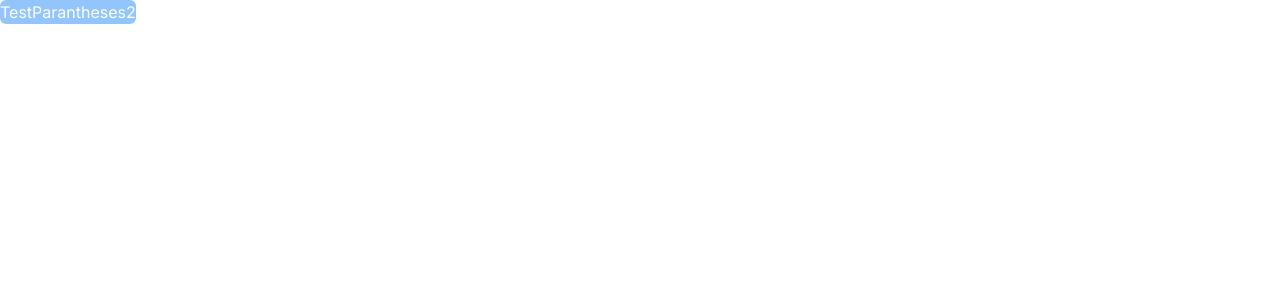
Repository: FrontendProjectsNL/next-auth-credentials-exercise
Page: /parantheses2
An editor plug-in stored every save of this project. The page is shown before and after the next save, followed by the edit.
The browser window is 1280 px wide. The pictures show the whole page.
The project was rebuilt for these pictures with package versions that can differ from the ones it lists, and the page was loaded fresh each time. The framework's server and built-in components were replaced by stand-ins that run in the browser. Also part of the build but not shown: next.config.mjs.

Above is the page before, as saved 2024-07-13 13:41:58.

### app/(test)/parantheses2/page.tsx
'use client';

import { useEffect, useState } from 'react';

const TestParantheses = () => {
  const [val, setVal] = useState(false);

  useEffect(() => {
    if (val) throw new Error('val cannot be true!');
  }, [val]);

  return (
    <button
      onClick={() => setVal((prev) => !prev)}
      className=" bg-blue-300 text-white rounded-md"
    >
      TestParantheses2
    </button>
  );
};

export default TestParantheses;

Loaded but not shown: app/layout.tsx (common file); app/globals.css (common file); tailwind.config.ts (common file)

After the next save:
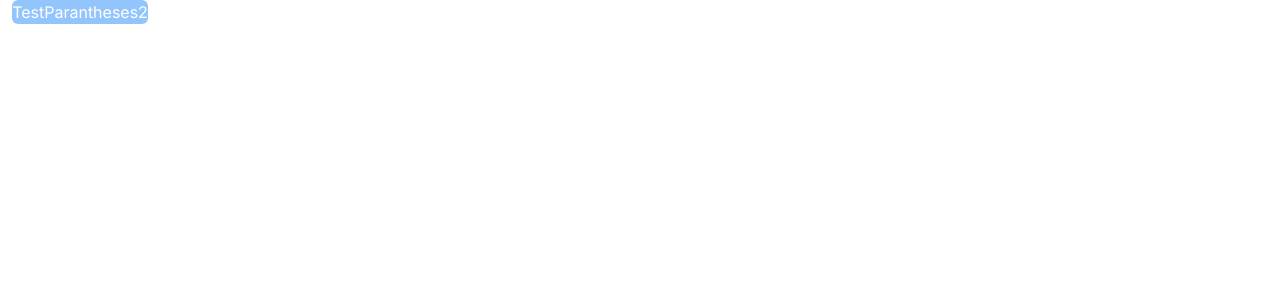
Saved 36 s later.
--- a/app/(test)/parantheses2/page.tsx
+++ b/app/(test)/parantheses2/page.tsx
@@ -10,12 +10,14 @@
   }, [val]);
 
   return (
-    <button
-      onClick={() => setVal((prev) => !prev)}
-      className=" bg-blue-300 text-white rounded-md"
-    >
-      TestParantheses2
-    </button>
+    <div className="w-40 flex justify-center">
+      <button
+        onClick={() => setVal((prev) => !prev)}
+        className=" bg-blue-300 text-white rounded-md"
+      >
+        TestParantheses2
+      </button>
+    </div>
   );
 };
 

After the 2 saves that followed:
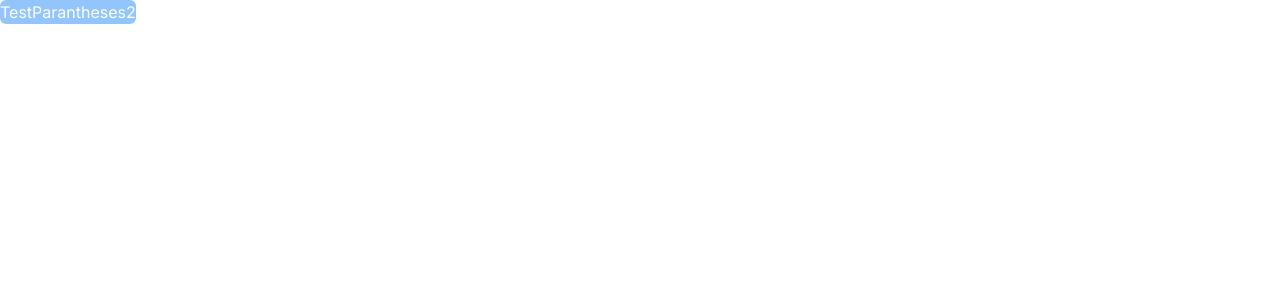
The 2 saves are shown as one change because 1 left the picture as it was.
The last was saved 21 s later.
--- a/app/(test)/parantheses2/page.tsx
+++ b/app/(test)/parantheses2/page.tsx
@@ -10,7 +10,7 @@
   }, [val]);
 
   return (
-    <div className="w-40 flex justify-center">
+    <div className="w-40">
       <button
         onClick={() => setVal((prev) => !prev)}
         className=" bg-blue-300 text-white rounded-md"
